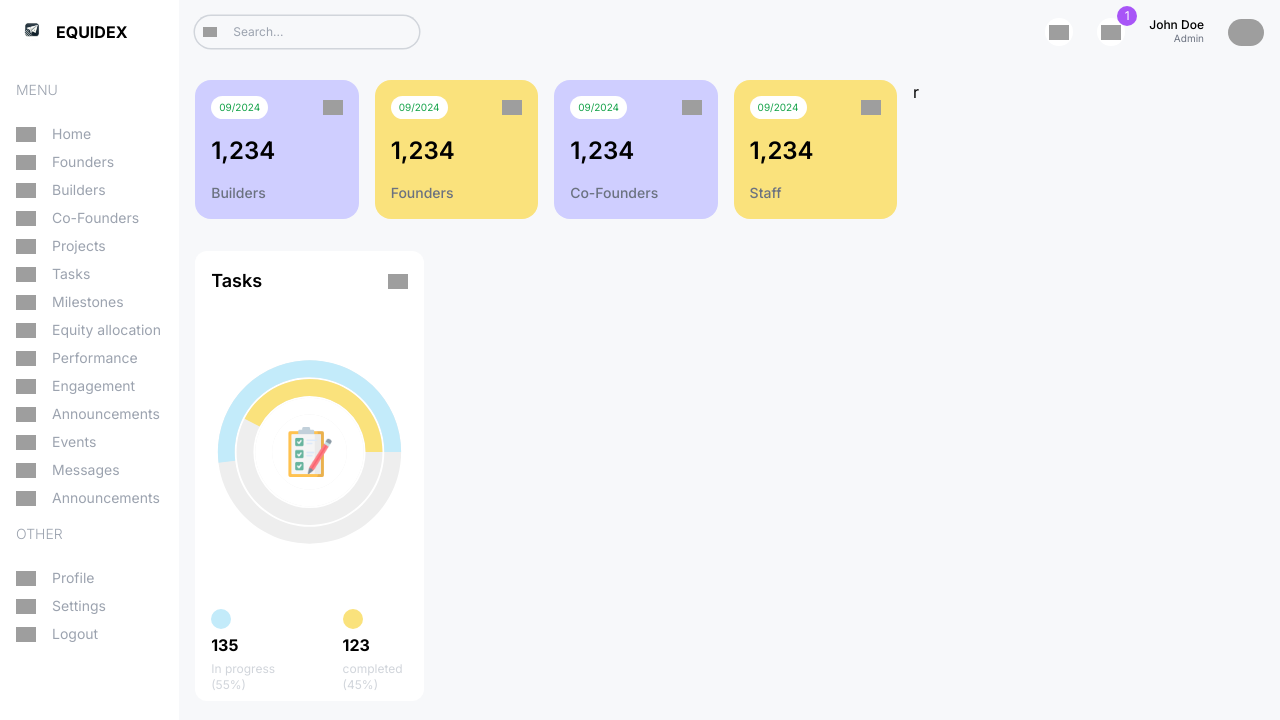
Repository: MikeeBuilds/equidex
Page: /admin
An editor plug-in stored every save of this project. The page is shown before and after the next save, followed by the edit.
The browser window is 1280 px wide. The pictures show the whole page.
Pictures or frames that could not be fetched are drawn as grey boxes. An inner scrolling area shows only its first screen. The project was rebuilt for these pictures with package versions that can differ from the ones it lists, and the page was loaded fresh each time. The framework's server and built-in components were replaced by stand-ins that run in the browser. Also part of the build but not shown: next.config.mjs.

Above is the page before, as saved 2024-09-24 19:21:24.

After the next save:
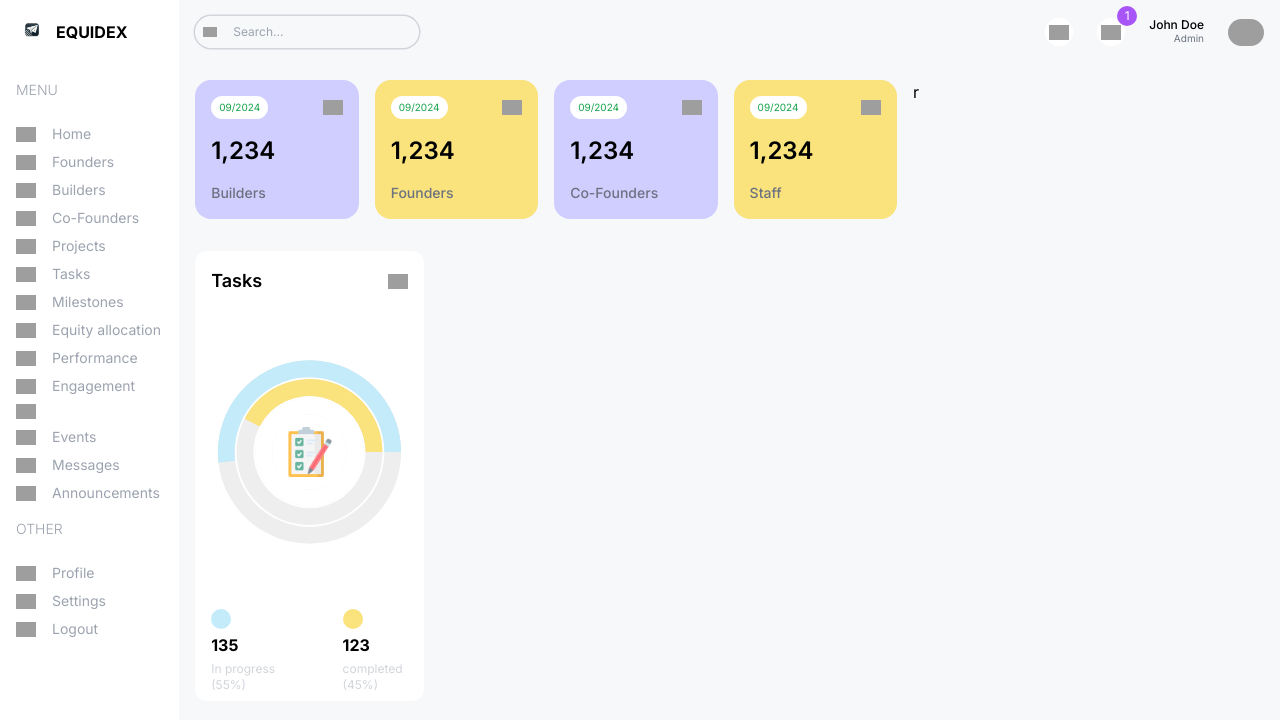
Saved 4 s later.
--- a/src/components/Menu.tsx
+++ b/src/components/Menu.tsx
@@ -67,7 +67,7 @@ const menuItems = [
       },
       {
         icon: "/attendance.png",
-        label: "Announcements",
+        label: "",
         href: "/list/attendance",
         visible: ["admin", "founder", "builder", "cofounder"],
       },
